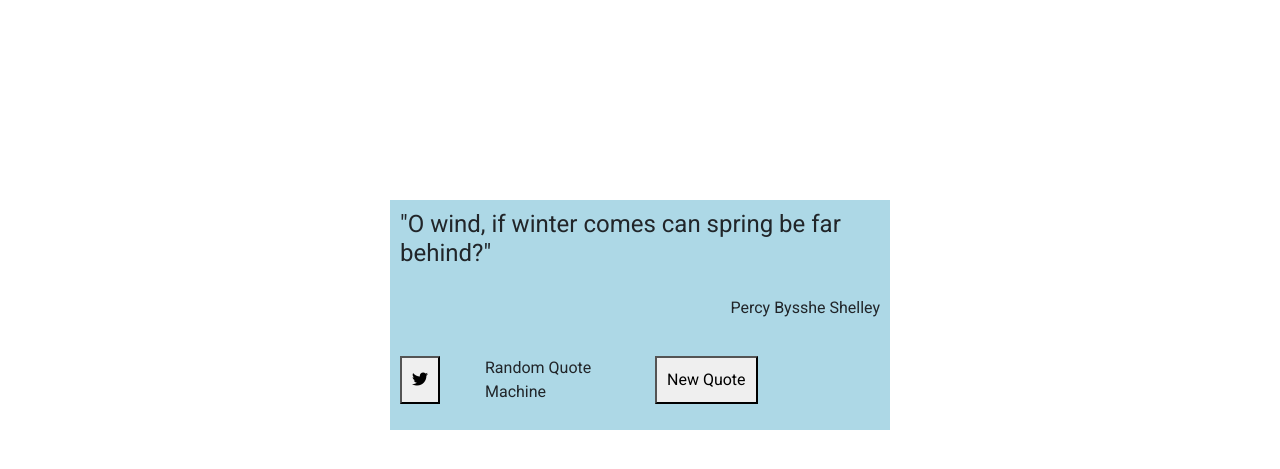
Repository: derektypist/random-quote-machine
Page: index.html
The author's editor kept a record of every edit. The page is drawn from the files as they stood at one moment, then again after the next edit.
The browser window is 1280 px wide. The pictures show the whole page.
Some web libraries are served in a nearby version.

Above is the page before.

After the next edit:
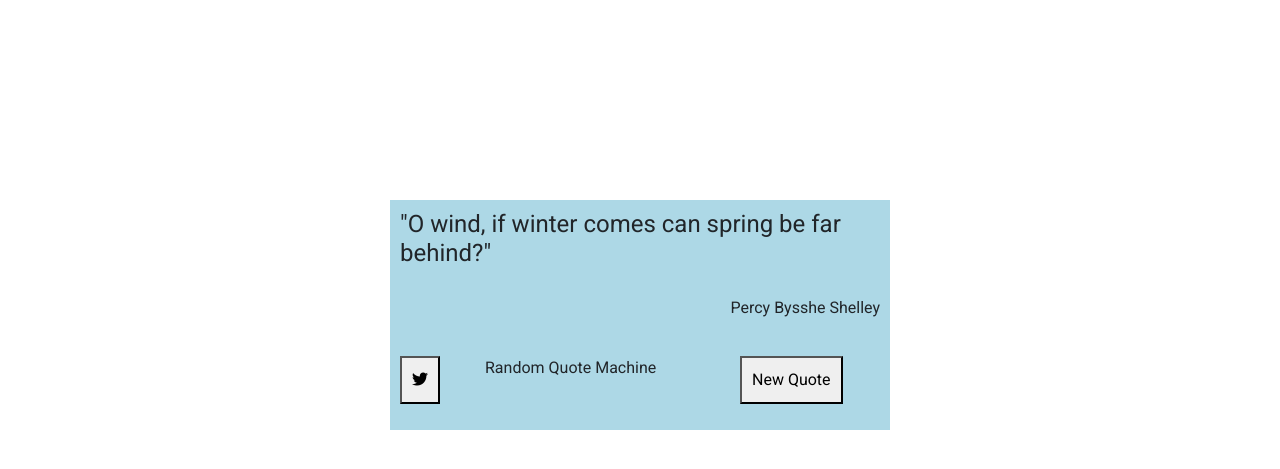
The edit:
--- a/index.html
+++ b/index.html
@@ -134,7 +134,7 @@
             <article class="col-sm-2" id="tweet-quote">
             </article>
 
-            <article class="col-sm-4">
+            <article class="col-sm-6">
                 <!-- Display Title (Random Quote Machine) -->
                 <p>Random Quote Machine</p>
             </article>
